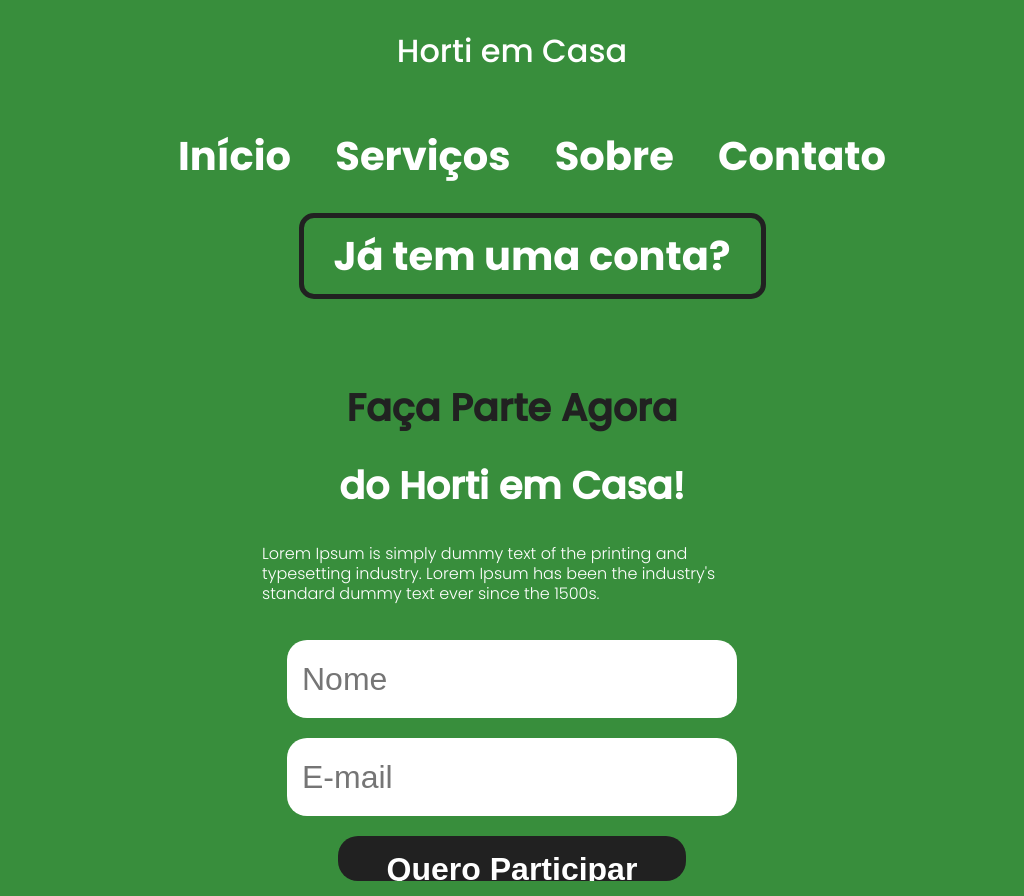
Repository: gabrielcastroo/horti-em-casa
Page: index.html
These files come from the project's save history. The page is drawn as it stood at one moment and after the next save; the edit follows.
The browser window is 1024 px wide. The pictures show the whole page.

Above is the page before, as saved 2022-04-26 12:23:32.

### index.html
<!DOCTYPE html>
<html lang="pt-br">
<head>
    <meta charset="UTF-8">
    <meta http-equiv="X-UA-Compatible" content="IE=edge">
    <link href="styles/style.css" rel="stylesheet">
    <link href="styles/fonts.css" rel="stylesheet">
    <link href="/styles/media.css" rel="stylesheet">
    <title>Horti em Casa</title>
</head>
<body>
    <header>
        <div>
            <h1>
                Horti em Casa
            </h1>
        </div>

        <ul>
            <a href="#"><li>Início</li></a>
            <a href="#"><li>Serviços</li></a>
            <a href="#"><li>Sobre</li></a>
            <a href="#"><li>Contato</li></a>
            <a href="#" id="inscrever"><li>Já tem uma conta?</li></a>
        </ul>
    </header>

    <main>
        <aside>
            <h2>
                <span>
                    Faça Parte Agora
                </span>
            </h2>
            <h2>
                do Horti em Casa!
            </h2>
            <p>
                Lorem Ipsum is simply dummy text of the printing and typesetting industry. Lorem Ipsum has been the industry's standard dummy text ever since the 1500s.
            </p>
            <form>
                <input type = "text" id = "name" placeholder = "Nome">
                <input type = "email" id = "email" placeholder = "E-mail">
                <input type = "submit" value = "Quero Participar" id="submit">
            </form>
        </aside>

        <article>
            <img src="components/images/legumes.png" alt = "legumes">
        </article>
    </main>
    <script src="js/script.js"></script>
</body>
</html>

### styles/style.css
body{
    /* background-color: rgba(#388E3C); */
    background-color: rgb(56, 142, 60);
    color: white;
    font-family: poppinsregular;
    max-Width: 1200px;
    margin: 0 auto;
    padding: 15px;
}

aside {
    display: flex;
    align-items: center;
    flex-direction: column;
}

header {
    display: flex; /* disposição dos elementos*/
    flex-direction: row;
    justify-content: space-between;
    align-items: center;

}

#title {
    flex-direction: column;
    line-height: 10px;

}

li{
    display: inline-block;
    margin: 20px;
}

a{
    color: white;
    font-family: poppinsbold;
}

a:hover {
    color: rgb(33, 33, 33);
    transition: 0.3s all;
}

#inscrever {
    border: 5px solid rgb(33, 33, 33);
    padding:10px;
    border-radius: 15px;
}

#inscrever:hover {
    background-color: rgb(33, 33, 33);
    color: white;
}

h1 {
    font-weight: 400;
    font-family: poppinsmedium;
}

h2{
    font-size: 50px;
    line-height: 15px;
    font-family: poppinsmedium;
}

main {
    display: flex; /* disposição dos elementos*/
    flex-direction: row;
    margin-top: 50px;
}

span{
    color: rgb(33, 33, 33)
}

p{
    line-height: 20px;
    max-width: 500px;
    font-family: poppinslight;
}

img {
    width: 380px;
    padding-left: 250px;
}

form {
    display: flex;
    flex-direction: column;
    width: 70%;
}

#submit {
    height: 20px;
    width: 50%;
    background-color: rgb(33,33,33);
    color: white;
    font-weight: bold;
    padding-bottom: 30px;
}

#submit:hover {
    cursor: pointer;
}

input {
    margin-top: 20px;
    height: 20px;
    padding: 15px;
    border-radius: 20px;
    border: none;
    font-size: 15px;
}

### styles/fonts.css
@font-face {
    font-family: 'poppinsblack';
    src: url('../components/fonts/poppins-black-webfont.woff2') format('woff2'),
         url('../components/fonts/poppins-black-webfont.woff') format('woff');
    font-weight: normal;
    font-style: normal;

  }




  @font-face {
    font-family: 'poppinsbold';
    src: url('../components/fonts/poppins-bold-webfont.woff2') format('woff2'),
         url('../components/fonts/poppins-bold-webfont.woff') format('woff');
    font-weight: normal;
    font-style: normal;

  }


  @font-face {
    font-family: 'poppinslight';
    src: url('../components/fonts/poppins-light-webfont.woff2') format('woff2'),
         url('../components/fonts/poppins-light-webfont.woff') format('woff');
    font-weight: normal;
    font-style: normal;

  }


  @font-face {
    font-family: 'poppinsmedium';
    src: url('../components/fonts/poppins-medium-webfont.woff2') format('woff2'),
         url('../components/fonts/poppins-medium-webfont.woff') format('woff');
    font-weight: normal;
    font-style: normal;

  }

  @font-face {
    font-family: 'poppinsregular';
    src: url('../components/fonts/poppins-regular-webfont.woff2') format('woff2'),
         url('../components/fonts/poppins-regular-webfont.woff') format('woff');
    font-weight: normal;
    font-style: normal;

  }

  @font-face {
    font-family: 'poppinssemibold';
    src: url('../components/fonts/poppins-semibold-webfont.woff2') format('woff2'),
         url('../components/fonts/poppins-semibold-webfont.woff') format('woff');
    font-weight: normal;
    font-style: normal;

  }

### styles/media.css
@media screen and (max-width: 1148px){

    a {
        font-size: 2.5em;
    }

    header{
        flex-direction: column;
    }

    main{
        flex-direction: column;
    }

    h2{
        font-size:38px;
    }

    form{
        margin: 0 auto;

    }

    input{
        align-self: center;
        font-size: 2em;
        height: 1.5em;
    }

    img{
        display: none;
    }

    ul {
        text-align: center;
    }
}

### js/script.js
var input = document. querySelector("#submit");


input.addEventListener("click", function(e) {

    const name = document.querySelector("#name").value;
    const email = document.querySelector("#email").value;

    console.log(name + email)

})

After the next save:
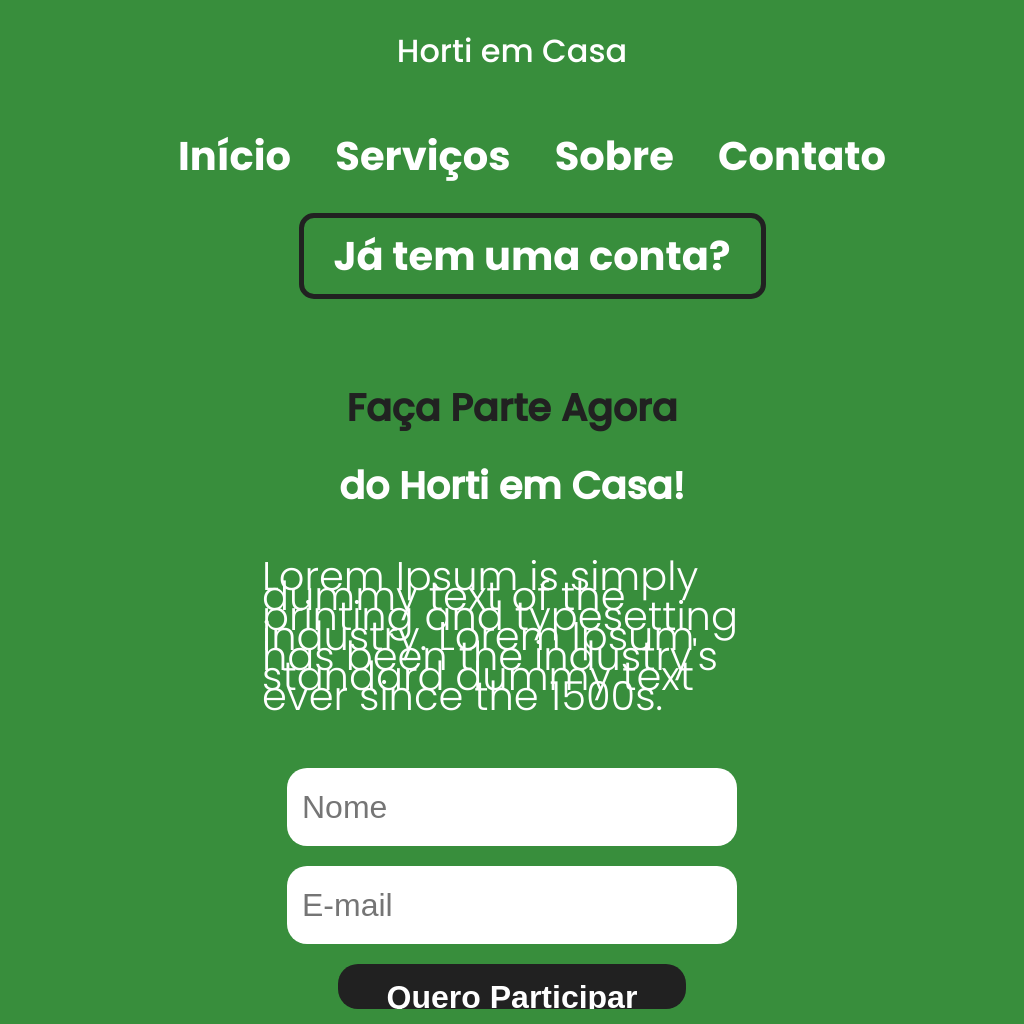
Saved 21 s later.
--- a/styles/media.css
+++ b/styles/media.css
@@ -1,6 +1,6 @@
 @media screen and (max-width: 1148px){
 
-    a {
+    a,p {
         font-size: 2.5em;
     }
 

After the save that followed:
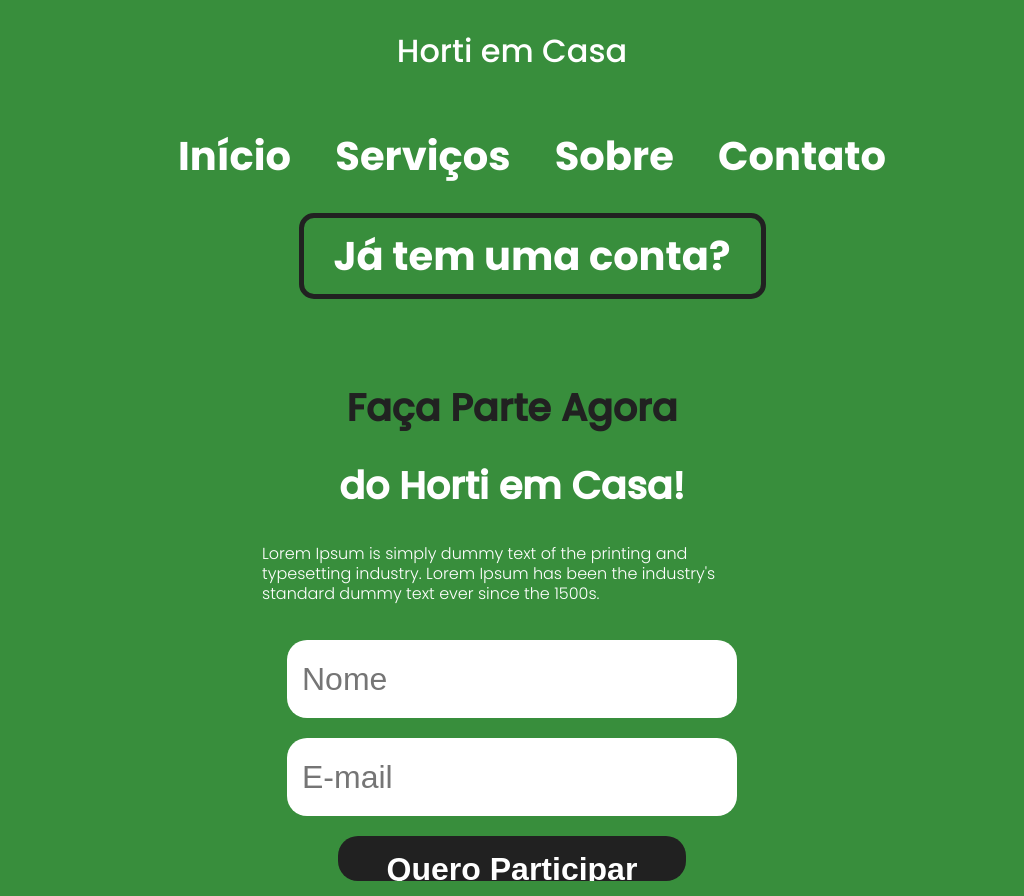
Saved 22 s later.
--- a/styles/media.css
+++ b/styles/media.css
@@ -1,6 +1,6 @@
 @media screen and (max-width: 1148px){
 
-    a,p {
+    a {
         font-size: 2.5em;
     }
 
